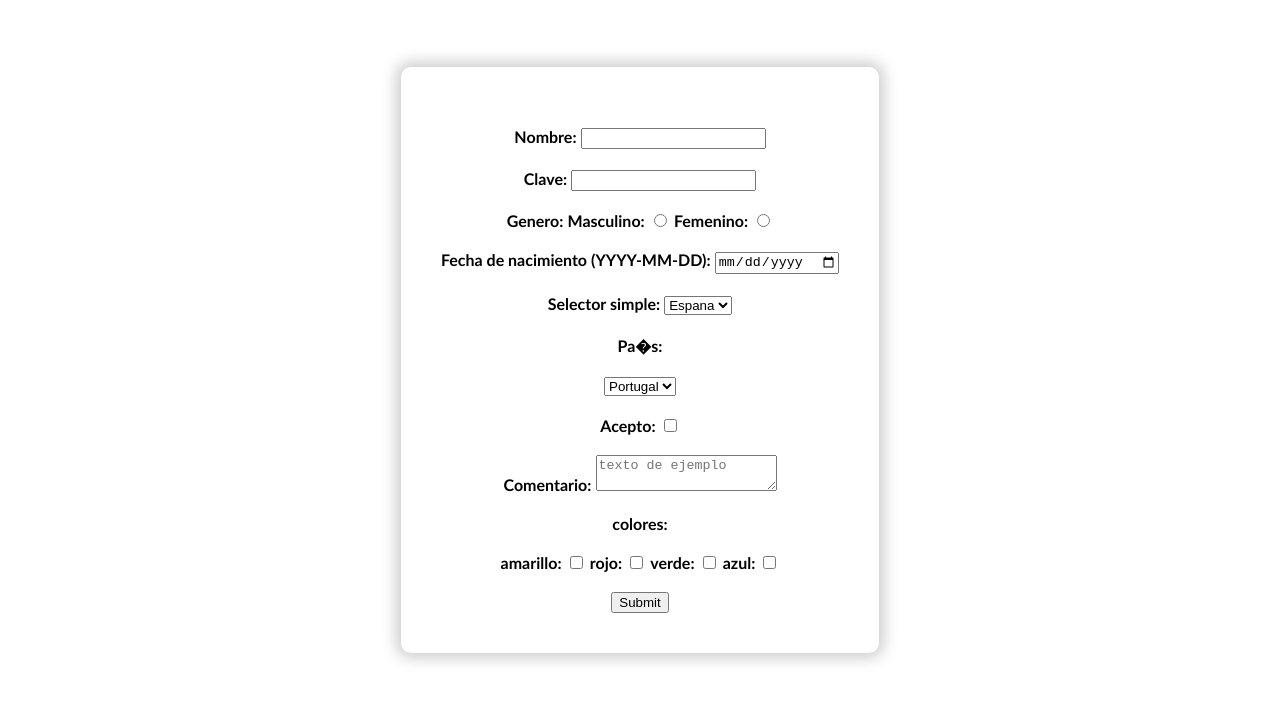
Repository: alvaroteja/ServidorJava
Page: http://localhost/12-EchoParametrosConArchivosJSP/
These files come from the project's save history. The page is drawn as it stood at one moment and after the next save; the edit follows.
The browser window is 1280 px wide. The pictures show the whole page.
The page is served by Tomcat 10.

Above is the page before, as saved 2023-01-26 08:58:29.

After the next save:
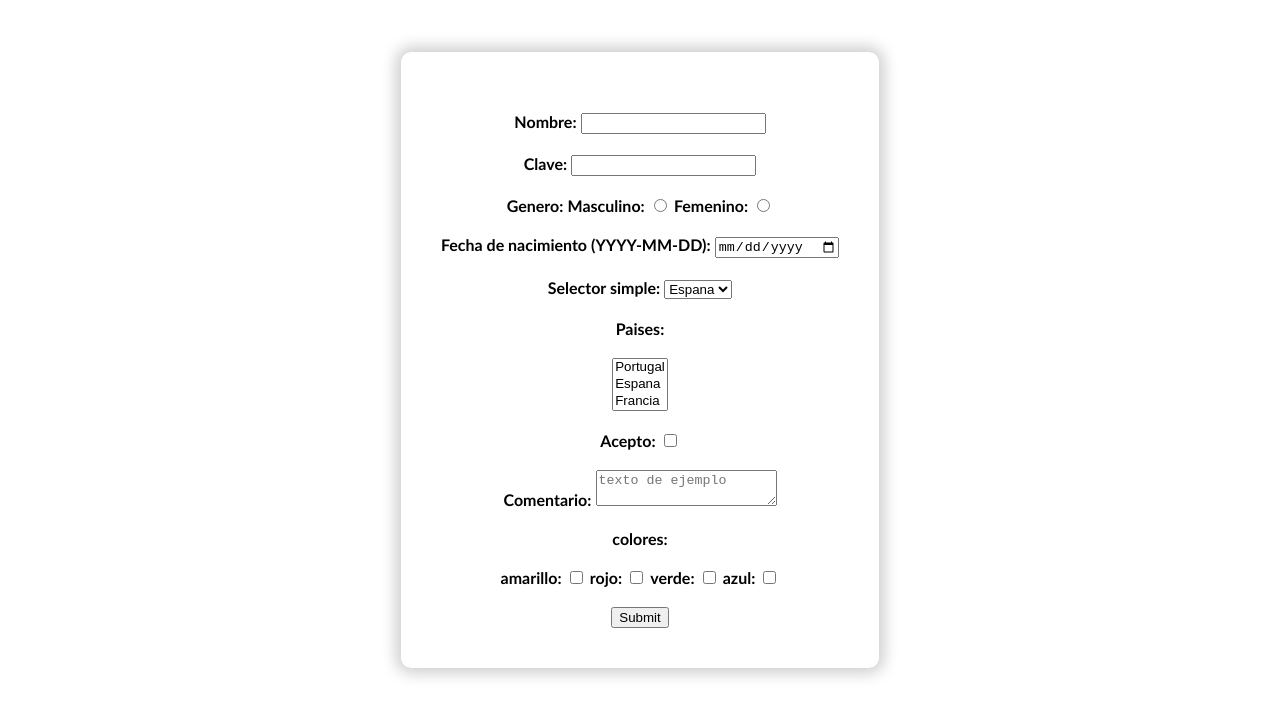
Saved 6 min 10 s later.
--- a/12-EchoParametrosConArchivosJSP/src/main/webapp/formulario.jsp
+++ b/12-EchoParametrosConArchivosJSP/src/main/webapp/formulario.jsp
@@ -1,8 +1,6 @@
 <%@ page language="java" contentType="text/html; charset=UTF-8" pageEncoding="UTF-8" import="paqueteClases.Scriptlets ,paqueteClases.Datos"%>
 
 <%
-
-
 // Variables recuperadas
 String nombre = (String) request.getAttribute("nombre");
 nombre = nombre != null ? nombre : "";
@@ -14,16 +12,18 @@ String genero = (String) request.getAttribute("genero");
 String generoMasculino = genero != null && genero.equals("masculino") ? "checked" : "";
 String generoFemenino = genero != null && genero.equals("femenino") ? "checked" : "";
 
-
 String FechaNacimiento = (String) request.getAttribute("FechaNacimiento");
 FechaNacimiento = FechaNacimiento != null ? FechaNacimiento : "";
 
 String selectorSimple = (String) request.getAttribute("selectorSimple");
 selectorSimple = selectorSimple != null ? selectorSimple : "";
 
-String[] pais = (String []) request.getAttribute("pais");
-//SEGUIR AQUI!!!!
-
+String[] pais = (String[]) request.getAttribute("pais");
+if (pais == null || pais.length <= 0) {
+	//pais[0] = "";
+	//String[] a = new String[0];
+	pais = new String[0];
+}
 
 String acepto = (String) request.getAttribute("acepto");
 acepto = acepto != null && acepto.equals("on") ? "checked" : "";
@@ -91,9 +91,9 @@ label {
 		<input type="password" name="clave" value="<%=clave%>" /> <br />
 		<label>Genero:</label>
 		<label>Masculino:</label>
-		<input type="radio" name="genero" value="masculino" <%=generoMasculino%>/>
+		<input type="radio" name="genero" value="masculino" <%=generoMasculino%> />
 		<label>Femenino:</label>
-		<input type="radio" name="genero" value="femenino" <%=generoFemenino%>/> <br />
+		<input type="radio" name="genero" value="femenino" <%=generoFemenino%> /> <br />
 		<label>Fecha de nacimiento (YYYY-MM-DD):</label>
 		<input type="date" name="FechaNacimiento" value="<%=FechaNacimiento%>"> <br />
 		<label>Selector simple:</label>
@@ -102,17 +102,18 @@ label {
 			<option value="Francia" >Francia</option>
 			<option value="Italia" >Italia</option>
 		</select> -->
-		<%= Scriptlets.generaSelectSimple("selectorSimple", Datos.arrayValoresYEtiquetasSimple, selectorSimple) %>
+		<%=Scriptlets.generaSelectSimple("selectorSimple", Datos.arrayValoresYEtiquetasSimple, selectorSimple)%>
 		<br />
-		<label>Pa�s:</label>
-		<br /><!--  <select name="pais" id="pais" multiple>
+		<label>Paises:</label>
+		<br />
+		<!--  <select name="pais" id="pais" multiple>
 			<option value="Portugal">Portugal</option>
 			<option value="Espana">Espa�a</option>
 			<option value="Francia">Francia</option>
 			<option value="Italia">Italia</option>
 		</select> -->
-		<%= Scriptlets.generaSelectSimple("pais", Datos.arrayValoresYEtiquetasMultiple, selectorSimple) %>
-		 <br />
+		<%=Scriptlets.generaSelectMultiple("pais", Datos.arrayValoresYEtiquetasMultiple, pais, 3)%>
+		<br />
 		<label>Acepto:</label>
 		<input type="checkbox" name="acepto" <%=acepto%> /> <br />
 		<label>Comentario:</label>
